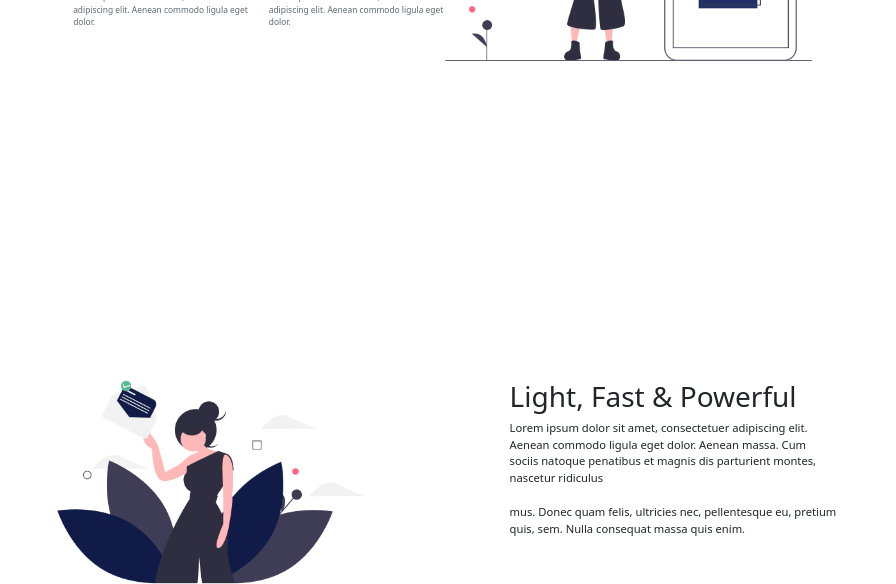
Repository: batonAnton/HW-Lec12-sass-pug
Page: index.html
The author's editor kept a copy of each file at every save. The page is drawn from the files as they stood at one save, then again after the next save.
The browser window is 1280 px wide. The pictures show the part of the page from y = 1667 to 3587 px (the page is 2501 px tall before and 3587 px after), at 70% of full size.
The style sheet was rebuilt from its Sass, Less or Tailwind sources for each picture, by a compiler version that may differ from the author's.

Above is the page before, as saved 2022-07-29 17:19:00.

### index.html
<!DOCTYPE html>
<html lang="en">
<head>
    <meta charset="UTF-8">
    <meta http-equiv="X-UA-Compatible" content="IE=edge">
    <meta name="viewport" content="width=device-width, initial-scale=1.0">
    <title>HW12 Saas</title>
    <link rel="preconnect" href="https://fonts.googleapis.com">
    <link rel="preconnect" href="https://fonts.gstatic.com" crossorigin>
    <link href="https://fonts.googleapis.com/css2?family=Roboto&display=swap" rel="stylesheet">
    <link href="https://cdn.jsdelivr.net/npm/bootstrap@5.2.0/dist/css/bootstrap.min.css" rel="stylesheet" integrity="sha384-gH2yIJqKdNHPEq0n4Mqa/HGKIhSkIHeL5AyhkYV8i59U5AR6csBvApHHNl/vI1Bx" crossorigin="anonymous">
    <link rel="stylesheet" href="css/style.css">
</head>
<body>
    <header>
        <div class="container">
            <div class="wrapper">
                <nav>
                    <div class="navigation">
                        <ul>
                            <li>
                                <a href="">home</a>
                            </li>
                            <li>
                                <a href="">about</a>
                            </li>
                            <li>
                                <a href="">contact</a>
                            </li>
                        </ul>
                        <div class="logo">
                            <h1>Landie</h1>
                        </div>
                        <div class="button">
                            <button type="button" class="btn btn-menu btn-primary">Buy now</button>
                        </div>
                    </div>
                </nav>

                <div class="leftBlock">
                    <h1>Introduce Your Product <br class="hideBR">
                        Quickly & Effectively
                    </h1>

                    <p>
                        Lorem ipsum dolor sit amet, consectetuer adipiscing elit. Aenean <br class="hideBR"> commodo ligula eget dolor. Aenean massa. Cum sociis natoque <br class="hideBR"> penatibus et magnis dis parturient montes, nascetur ridiculus <br class="hideBR">
                        <br> <br>
                        mus. Donec quam felis, ultricies nec, pellentesque eu, pretium quis, <br class="hideBR"> sem. Nulla consequat massa quis enim.
                    </p>

                    <div class="btn-header">
                        <button type="button" class="btn btn-menu btn-primary">Purchase UI Kit</button>
                        <button type="button" class="btn btn-menu btn-primary">Learn More</button>
                    </div>
                </div>
            </div>
        </div>
    </header>

    <section>
        <div class="container">
            <h1>Light, Fast & Powerful</h1>
            <p>
                Lorem ipsum dolor sit amet, consectetuer adipiscing elit. Aenean commodo <br class="hideBr"> ligula eget dolor. Aenean massa. Cum sociis natoque penatibus et magnis <br class="hideBr"> dis parturient montes, nascetur ridiculus
                <br> <br>
                mus. Donec quam felis, ultricies nec, pellentesque eu, pretium quis, sem. <br class="hideBr"> Nulla consequat massa quis enim.
            </p>

            <div class="smallInfo">
                <div class="block">
                    <img src="./image/section1/Combined Shape.jpg" alt="img">
                    <h2>Title Goes Here</h2>
                    <p>Lorem ipsum dolor sit amet, consectetuer <br class="hideBr"> adipiscing elit. Aenean commodo ligula eget <br class="hideBr">  dolor. </p>
                </div>

                <div class="block">
                    <img src="./image/section1/Combined Shape.jpg" alt="img">
                    <h2>Title Goes Here</h2>
                    <p>Lorem ipsum dolor sit amet, consectetuer <br class="hideBr"> adipiscing elit. Aenean commodo ligula eget <br class="hideBr">  dolor. </p>
                </div>
            </div>
        </div>
    </section>

    <aside>
        <div class="container">
            <div class="rowAside">
                <div class="img-left">
                    <img src="./image/aside/img1.png" alt="img" >
                </div>
                <div class="rightInfo">
                    <h1>Light, Fast & Powerful</h1>
                    <p>
                        Lorem ipsum dolor sit amet, consectetuer adipiscing elit. <br class="hideBr"> Aenean commodo ligula eget dolor. Aenean massa. Cum <br class="hideBr"> sociis natoque penatibus et magnis dis parturient montes, <br class="hideBr"> nascetur ridiculus
                        <br> <br>
                        mus. Donec quam felis, ultricies nec, pellentesque eu, pretium <br class="hideBr"> quis, sem. Nulla consequat massa quis enim.
                    </p>
                </div>
            </div>
        </div>
    </aside>
</body>
</html>

### css/style.scss
$primary-color: #091133;
$primaryFontStyle: Roboto;

@mixin generalStyleMenu(
  $sizeMenu: 14px,
  $lineHeight: 24px,
  $font-color: #505f98
) {
  font-size: $sizeMenu;
  line-height: $lineHeight;
  color: $font-color;
}

body {
  box-sizing: border-box;
}

header {
  width: 100%;
  height: 1160px;
  background-image: url(../image/header/header-bg.png);
  background-position: 100% -20%;
  background-repeat: no-repeat;

  .navigation {
    display: flex;
    justify-content: space-between;
    padding-top: 18px;
    align-items: center;

    ul {
      display: inline-flex;
      li {
        margin-right: 60px;
        list-style: none;
        a {
          text-decoration: none;
          text-transform: capitalize;
          @include generalStyleMenu;
        }
      }
    }
    .logo {
      display: flex;
      justify-content: center;
      margin-left: -235px;
      h1 {
        font-family: $primaryFontStyle;
        font-style: normal;
        font-weight: 900;
        font-size: 26px;
        line-height: 38px;
        color: #37447e;
      }
    }
     .btn-primary{
      font-family: 'Roboto';
      font-style: normal;
      font-weight: 500;
      font-size: 12px;
      line-height: 18px;
      text-transform: capitalize;
      color: #091133;
        background: #E7ECFF;
      border-radius: 2px;
      width: 160px;
      height: 30px;
      border: 1px solid #091133;

    }
    button:hover{
        background-color: #111B47;
        color: #FFFFFF;
        transition: 1s;
    }
  }
//   left-block header
  .leftBlock{
      margin-top: 190px;
      margin-left: 35px;
      h1{
        font-weight: 500;
        font-size: 50px;
        line-height: 66px;
        letter-spacing: 1px;
        color: #091133;
        margin-bottom: 20px;
      }
      p{
        font-style: normal;
        font-weight: 400;
        font-size: 18px;
        line-height: 30px;
        color: #505F98;
        margin-bottom: 69px;
      }

      .btn-primary{
        width: 189px;
        height: 40px;
        border: 2px solid #091133;
        border-radius: 2px;
        font-style: normal;
        font-weight: 500;
        font-size: 16px;
        line-height: 26px;
        color: #091133;
        background: #E7ECFF;
        margin-right: 30px;
      }
      button:hover{
          background-color: #111B47;
          color: #FFFFFF;
          transition: 1s;
      }
  }
}
// section

section{
    margin-top: 80px ;
    height: 740px;
    margin-left: 45px;
    margin-bottom: 230px;
    background-image: url(../image/section1/section-bg.png);
    background-position: 85% -5%;
    background-repeat: no-repeat;
    h1{
        // font-family: 'Roboto';
        font-style: normal;
        font-weight: 500;
        font-size: 36px;
        line-height: 48px;
        color: #091133;
        margin-bottom: 20px;
    }
    p{
        font-style: normal;
        font-weight: 400;
        font-size: 16px;
        line-height: 26px;
        color: #6F7CB2;
    }
    .smallInfo{
        margin-top: 90px;
        display: inline-flex;
        h2{
            font-style: normal;
            font-weight: 500;
            font-size: 16px;
            line-height: 26px;
            color: #091133;
            margin: 16px 0px 6px 0px;
        }
        p{
            font-weight: 400;
            font-size: 12px;
            line-height: 18px;
            color: #5D6970;
        }
        .block{
            margin-right: 30px;

        }
    }
}

aside{
    margin-left: 45px;
    margin-right: 45px;
    .rowAside{
        display: inline-flex;
        .img-left{
            margin-right:206px;
            img{
                width: 440px;
            }
        }
    }
    .middle{
        margin: 230px 0;
    }
}

After the next save:
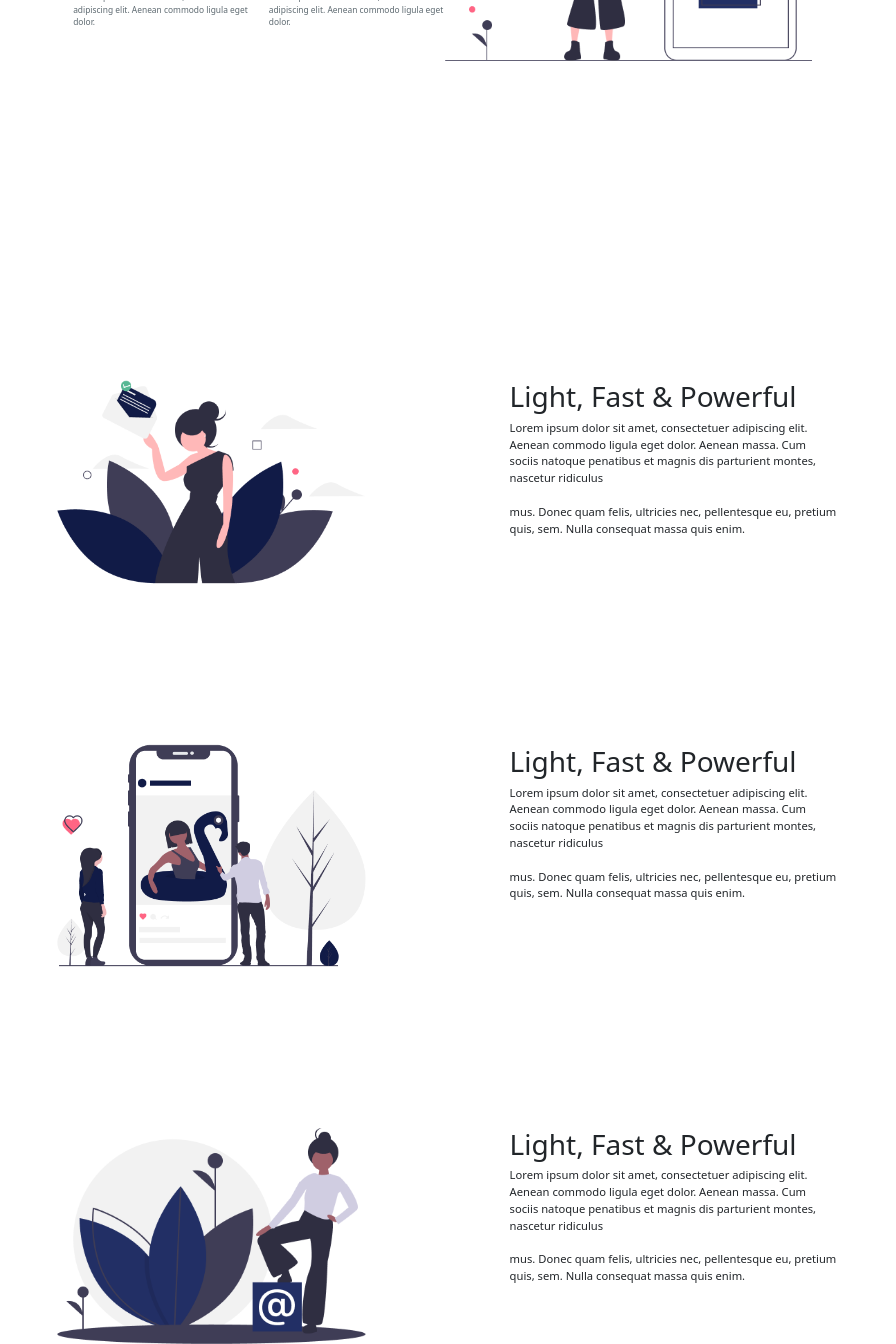
Saved 2 min 12 s later.
--- a/index.html
+++ b/index.html
@@ -97,6 +97,34 @@
                     </p>
                 </div>
             </div>
+
+            <div class="rowAside middle">
+                <div class="img-left">
+                    <img src="./image/aside/img2.png" alt="img" >
+                </div>
+                <div class="rightInfo">
+                    <h1>Light, Fast & Powerful</h1>
+                    <p>
+                        Lorem ipsum dolor sit amet, consectetuer adipiscing elit. <br class="hideBr"> Aenean commodo ligula eget dolor. Aenean massa. Cum <br class="hideBr"> sociis natoque penatibus et magnis dis parturient montes, <br class="hideBr"> nascetur ridiculus
+                        <br> <br>
+                        mus. Donec quam felis, ultricies nec, pellentesque eu, pretium <br class="hideBr"> quis, sem. Nulla consequat massa quis enim.
+                    </p>
+                </div>
+            </div>
+
+            <div class="rowAside">
+                <div class="img-left">
+                    <img src="./image/aside/img3.png" alt="img" >
+                </div>
+                <div class="rightInfo">
+                    <h1>Light, Fast & Powerful</h1>
+                    <p>
+                        Lorem ipsum dolor sit amet, consectetuer adipiscing elit. <br class="hideBr"> Aenean commodo ligula eget dolor. Aenean massa. Cum <br class="hideBr"> sociis natoque penatibus et magnis dis parturient montes, <br class="hideBr"> nascetur ridiculus
+                        <br> <br>
+                        mus. Donec quam felis, ultricies nec, pellentesque eu, pretium <br class="hideBr"> quis, sem. Nulla consequat massa quis enim.
+                    </p>
+                </div>
+            </div>
         </div>
     </aside>
 </body>
